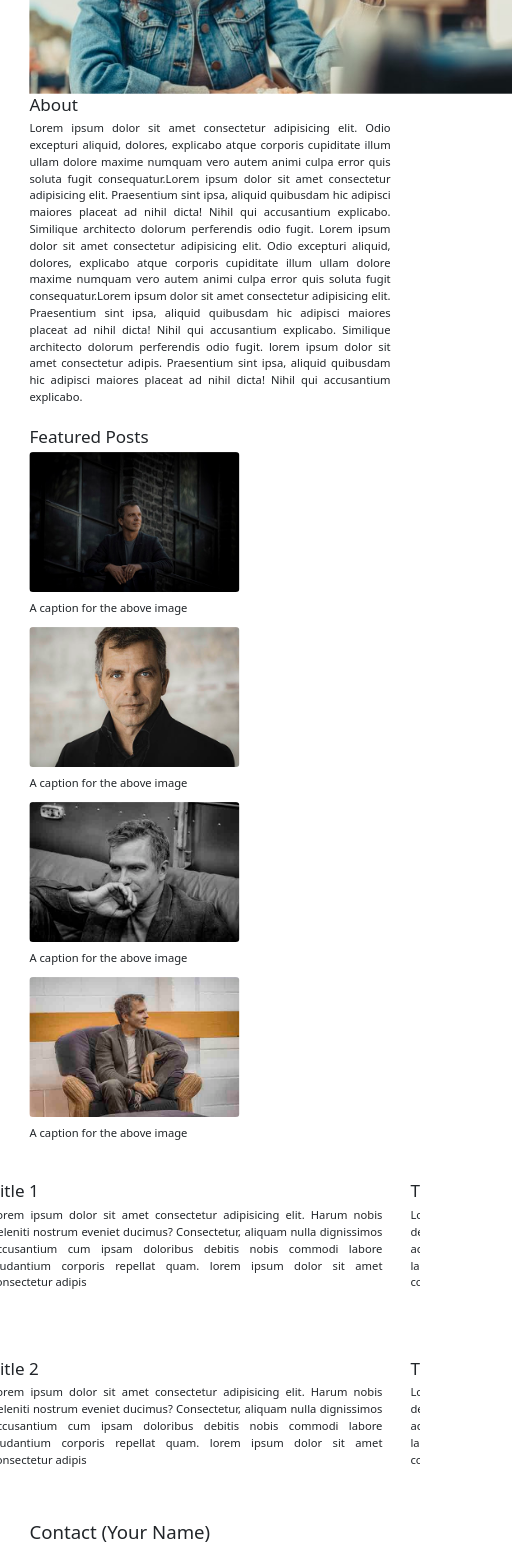
Repository: nvt01/72_1951061106_NgoVanTung
Page: BaiTh1/index.html
These files come from the project's save history. The page is drawn as it stood at one moment and after the next save; the edit follows.
The browser window is 600 px wide. The page is 732 px wide, so the pictures cover 732 px, including what lies to the right of the window. The pictures show the part of the page from y = 457 to 2697 px (the page is 4275 px tall), at 70% of full size.

Above is the page before, as saved 2021-12-01 11:12:48.

After the next save:
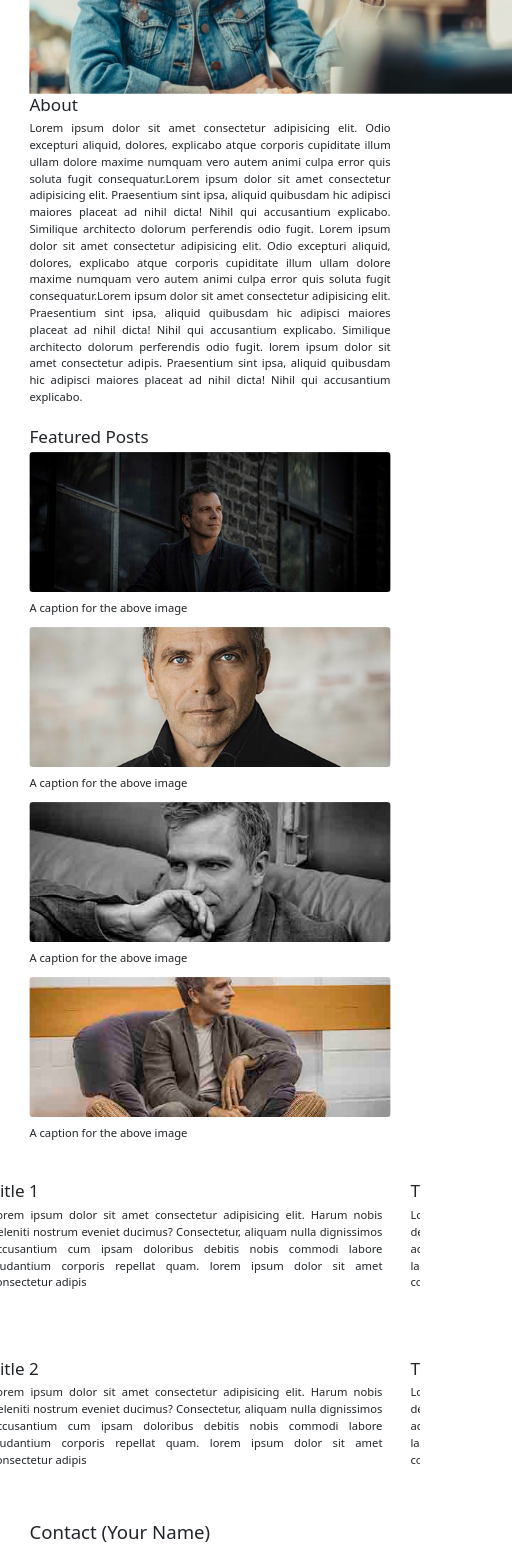
Saved 4 s later.
--- a/BaiTh1/style.css
+++ b/BaiTh1/style.css
@@ -82,7 +82,10 @@
 }
 
 @media screen and (max-width: 767px) {
-
+    .image {
+        width: 100%;
+        height: 200px;
+    }
 }
 
 
